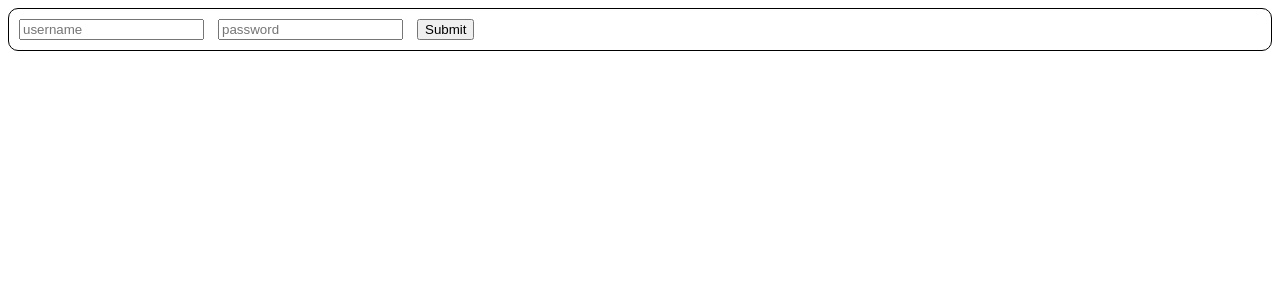
Repository: myoder020/Projects
Page: http://localhost/Forms/beanform.jsp
The author's editor kept a copy of each file at every save. The page is drawn from the files as they stood at one save, then again after the next save.
The browser window is 1280 px wide. The pictures show the whole page.
The page is served by Tomcat 9.

Above is the page before, as saved 2015-05-06 03:05:27.

After the next save:
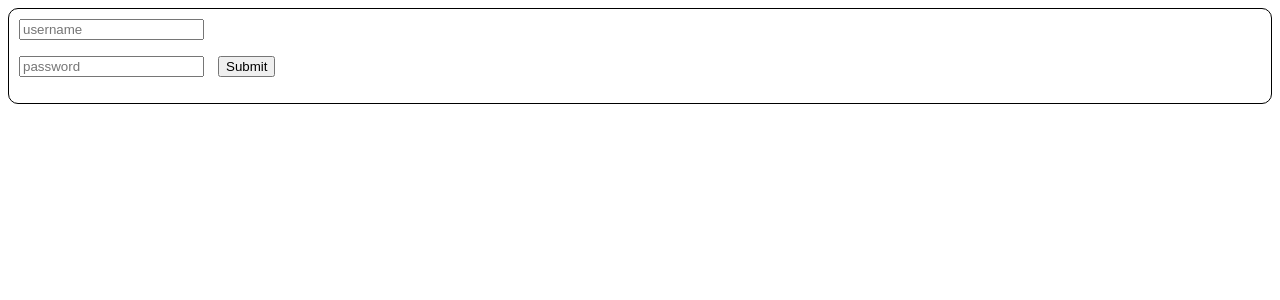
Saved 54 s later.
--- a/Servlets/Forms/WebContent/beanform.jsp
+++ b/Servlets/Forms/WebContent/beanform.jsp
@@ -29,6 +29,7 @@ form input {
 	<form action="/Forms/Controller" method="post">
 
 		<input type="text" name="user" placeholder="username"/>
+		<p/>
 		<input type="text" name="password" placeholder="password"/>
 		<input type="submit" value="Submit"/>
 
